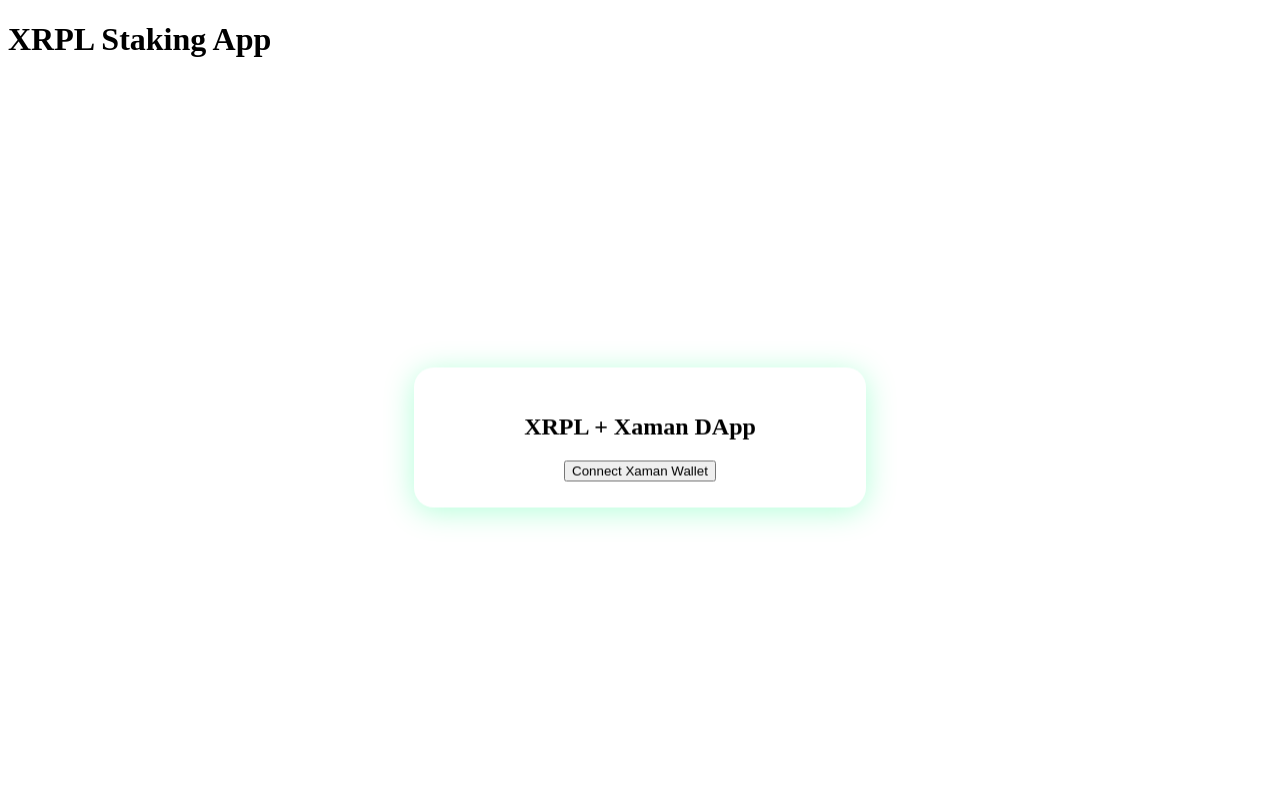
Repository: pbryzek/hackathon-xrpl
Page: / (app in xrpl-dapp/)
An editor plug-in stored every save of this project. The page is shown before and after the next save, followed by the edit.
The browser window is 1280 px wide. The pictures show the whole page.
The project was rebuilt for these pictures with package versions that can differ from the ones it lists, and the page was loaded fresh each time.

Above is the page before, as saved 2025-03-14 13:16:08.

After the next save:
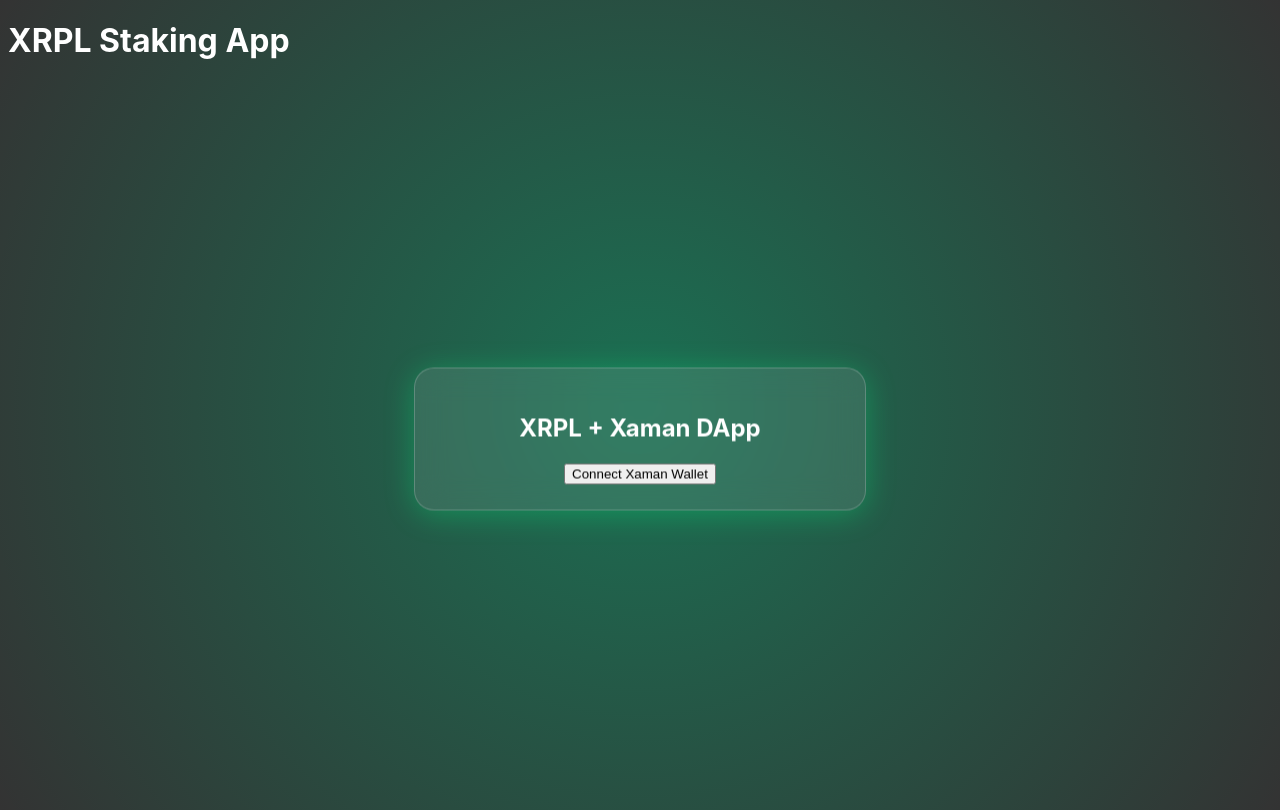
Saved 26 s later.
--- a/xrpl-dapp/src/index.css
+++ b/xrpl-dapp/src/index.css
@@ -25,3 +25,24 @@
     box-shadow: 0px 6px 35px rgba(0, 255, 128, 0.5); /* More intense on hover */
     transform: scale(1.02); /* Slight expansion effect */
   }
+
+  .glass-card {
+  background: rgba(255, 255, 255, 0.1); /* Semi-transparent white */
+  backdrop-filter: blur(15px); /* Smooth frosted glass effect */
+  box-shadow: 0px 4px 30px rgba(0, 255, 128, 0.3); /* Stronger green glow */
+  border: 1px solid rgba(255, 255, 255, 0.2); /* Subtle border */
+  padding: 25px;
+  border-radius: 20px;
+  transition: all 0.3s ease-in-out;
+}
+
+.glass-card:hover {
+  box-shadow: 0px 6px 35px rgba(0, 255, 128, 0.5); /* More intense on hover */
+  transform: scale(1.02); /* Slight expansion effect */
+}
+
+body {
+    background: radial-gradient(circle, rgba(2, 96, 64, 0.9) 0%, rgba(0, 0, 0, 0.8) 100%);
+    color: white;
+    font-family: "Inter", sans-serif;
+  }
